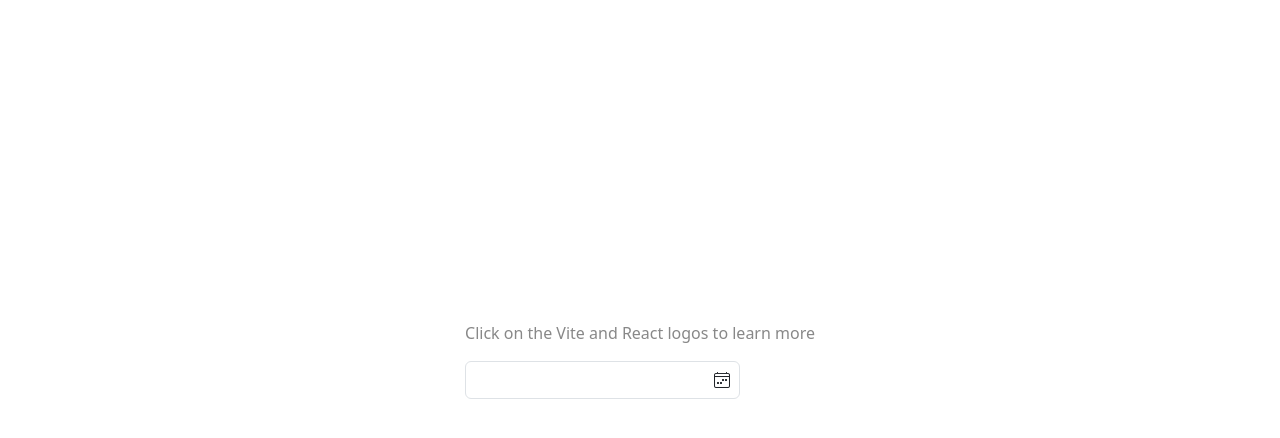
Repository: StevieC87/DATEPICKERFIX
Page: /
The author's editor kept a copy of each file at every save. The page is drawn from the files as they stood at one save, then again after the next save.
The browser window is 1280 px wide. The pictures show the whole page.
The project was rebuilt for these pictures with package versions that can differ from the ones it lists, and the page was loaded fresh each time. Also part of the build but not shown: vite.config.js.

Above is the page before, as saved 2024-11-08 21:30:39.

After the next save:
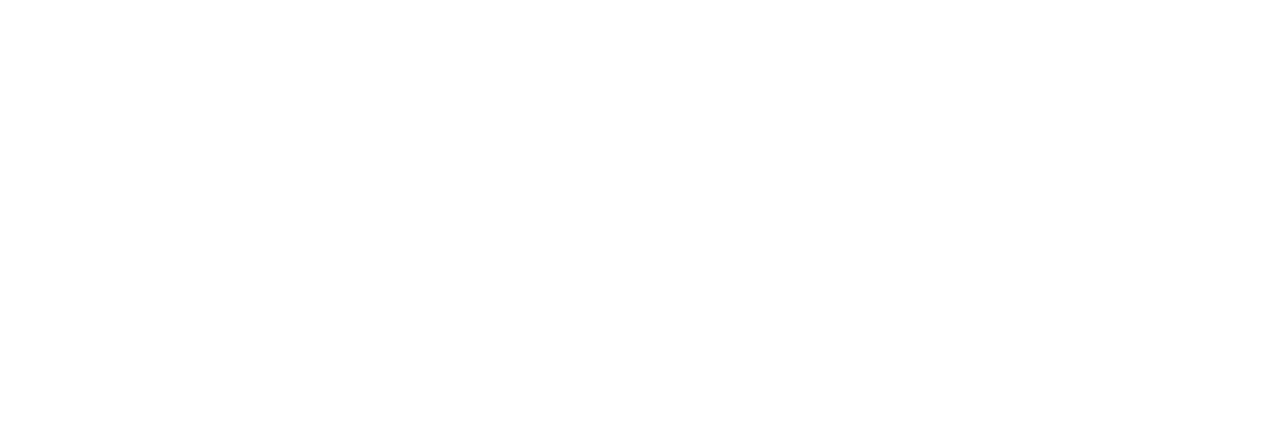
Console error: ReferenceError: daystoadd is not defined
Saved 12 s later.
--- a/src/datepicker/daypickerjs.ts
+++ b/src/datepicker/daypickerjs.ts
@@ -191,7 +191,7 @@
   //we need to get the first date of that week
   let mock1stjan = new Date(year, 0, 1);
   let dayofweek = mock1stjan.getDay();
-  let daystoadd = 0;
+ // let daystoadd = 0;
   if (dayofweek === 0) {
     daystoadd = 1;
   }

After the 2 saves that followed:
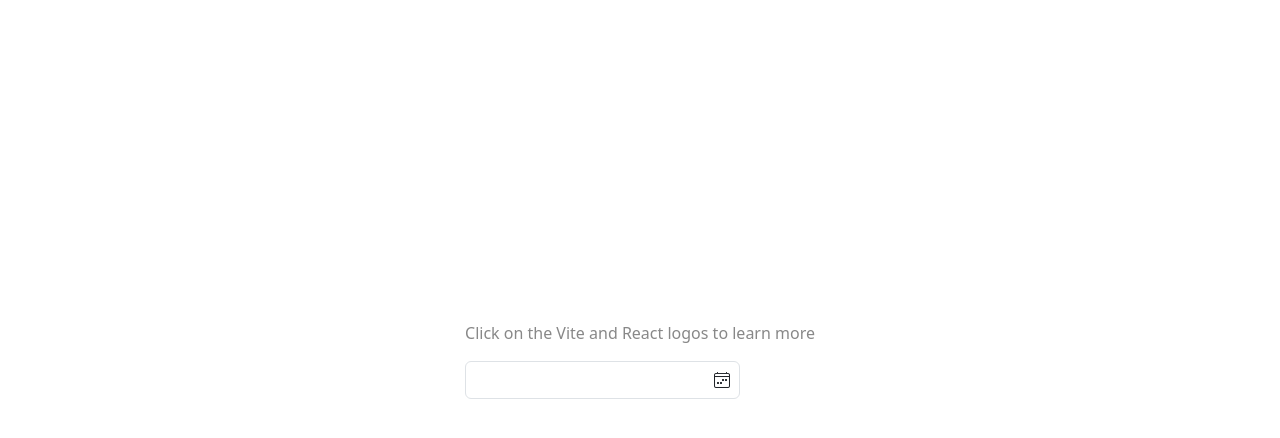
The error is gone.
The 2 saves are shown as one change because 1 left the picture as it was.
The last was saved 27 s later.
--- a/src/datepicker/daypickerjs.ts
+++ b/src/datepicker/daypickerjs.ts
@@ -191,13 +191,6 @@
   //we need to get the first date of that week
   let mock1stjan = new Date(year, 0, 1);
   let dayofweek = mock1stjan.getDay();
- // let daystoadd = 0;
-  if (dayofweek === 0) {
-    daystoadd = 1;
-  }
-  else {
-    daystoadd = 8 - dayofweek;
-  }
 
 }
 
